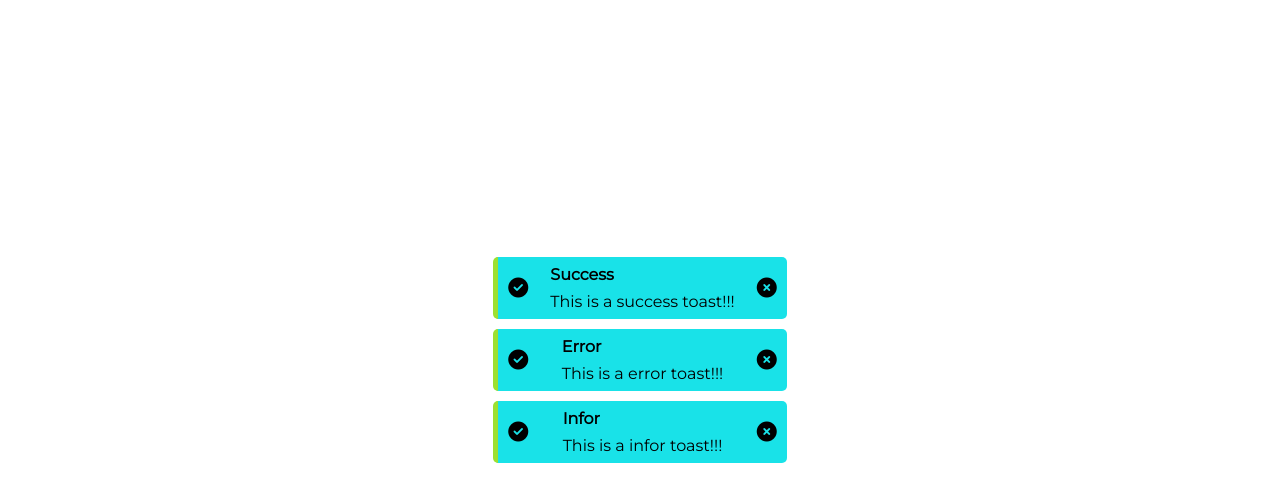
Repository: thuynguyen0964/Toast-Cooler
Page: index.html
An editor plug-in stored every save of this project. The page is shown before and after a run of saves, followed by the edit.
The browser window is 1280 px wide. The pictures show the whole page.

Above is the page before, as saved 2023-01-26 20:26:52.

After the next 2 saves:
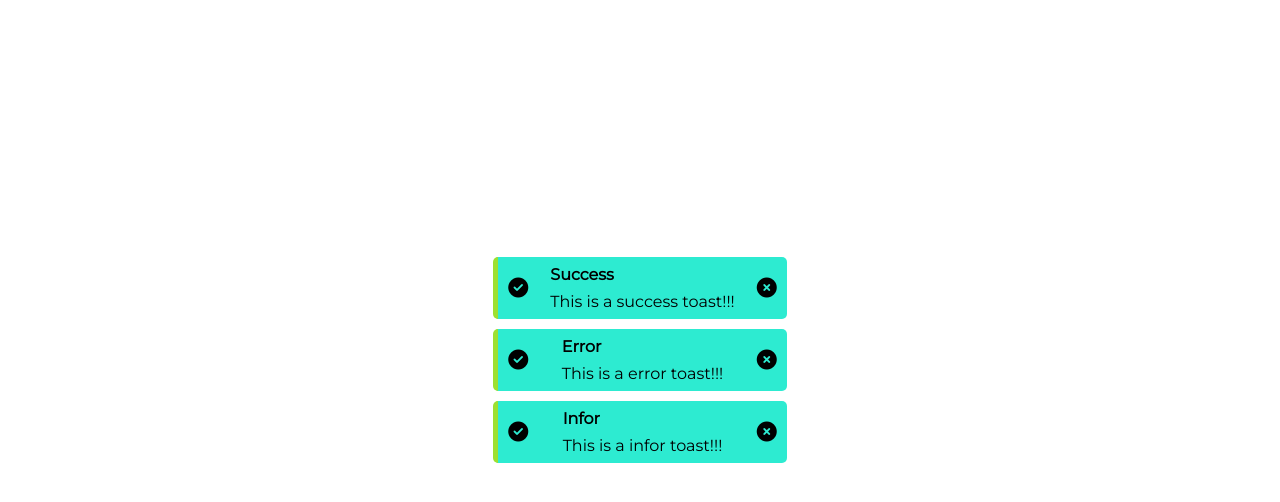
The 2 saves are shown as one change because they came seconds apart.
The last was saved 8 s later.
--- a/app/style.css
+++ b/app/style.css
@@ -19,7 +19,7 @@ body{
     display: flex;
     align-items: center;
     justify-content: space-between;
-    background-color: #06e0e7eb;
+    background-color: #1ceaceeb;
     margin: 10px 0;
 }
 .toast__text{
